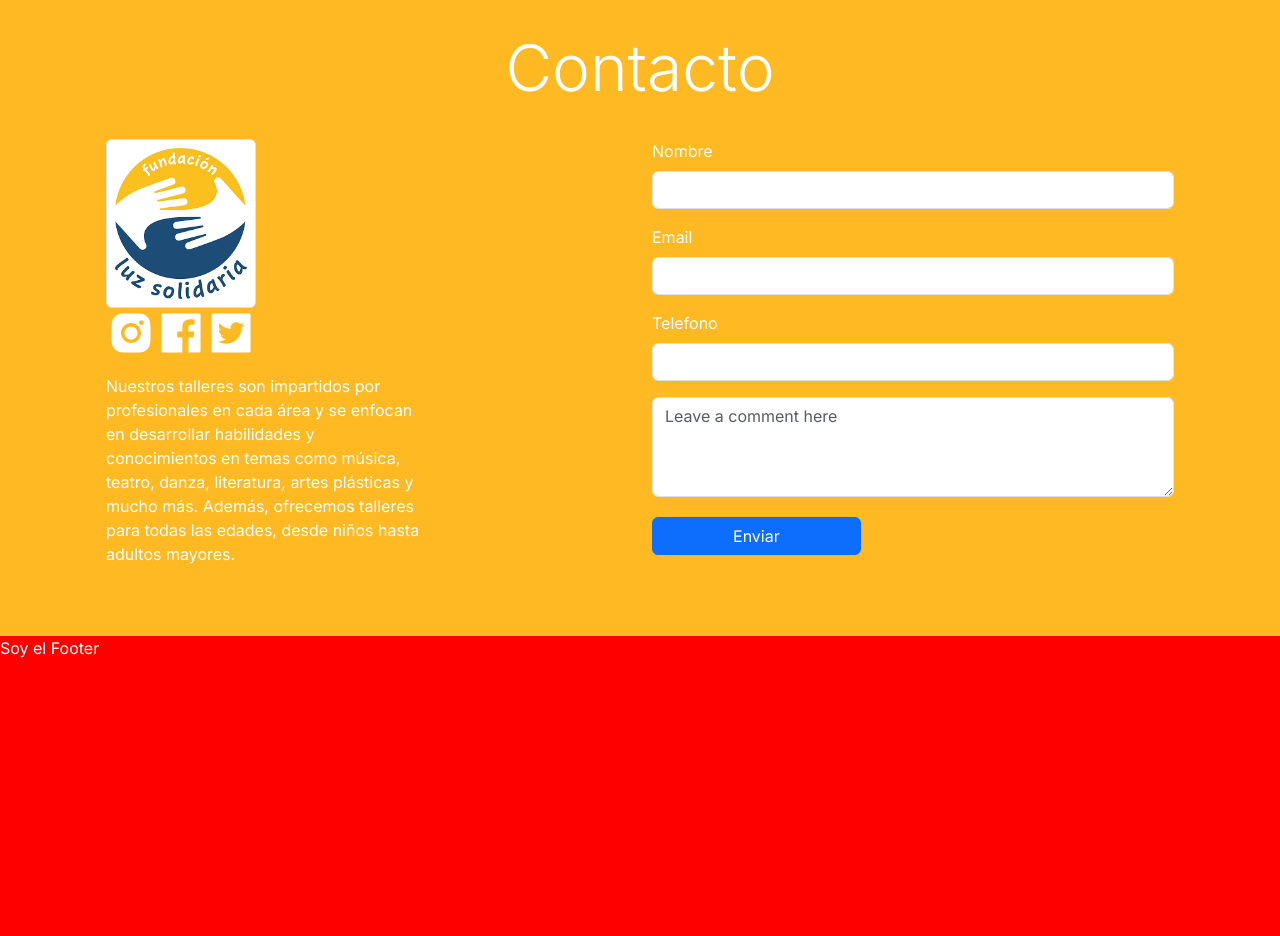
Repository: JtoralesK/dwf11
Page: /
The author's editor kept a copy of each file at every save. The page is drawn from the files as they stood at one save, then again after the next save.
The browser window is 1280 px wide. The pictures show the whole page.
The project was rebuilt for these pictures with package versions that can differ from the ones it lists, and the page was loaded fresh each time. The framework's server and built-in components were replaced by stand-ins that run in the browser. Also part of the build but not shown: next.config.js.

Above is the page before, as saved 2023-05-31 18:23:15.

After the next save:
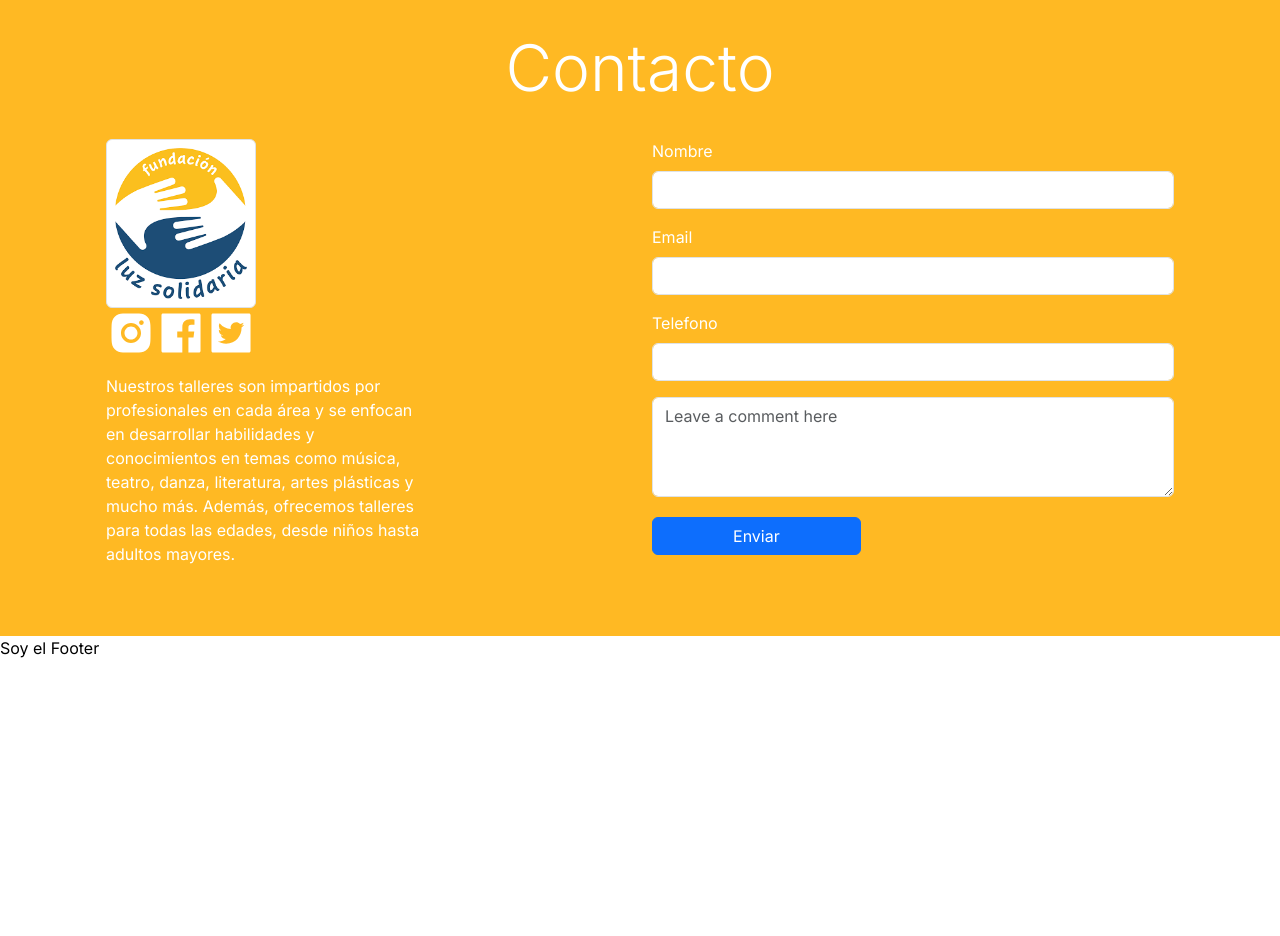
Saved 43 s later.
--- a/src/app/components/footer/style.css
+++ b/src/app/components/footer/style.css
@@ -1,5 +1,5 @@
 footer{
     height: 300px;
-    color:#fff;
-    background-color: red;
+    color:#000;
+    background-color: #fff;
   }
